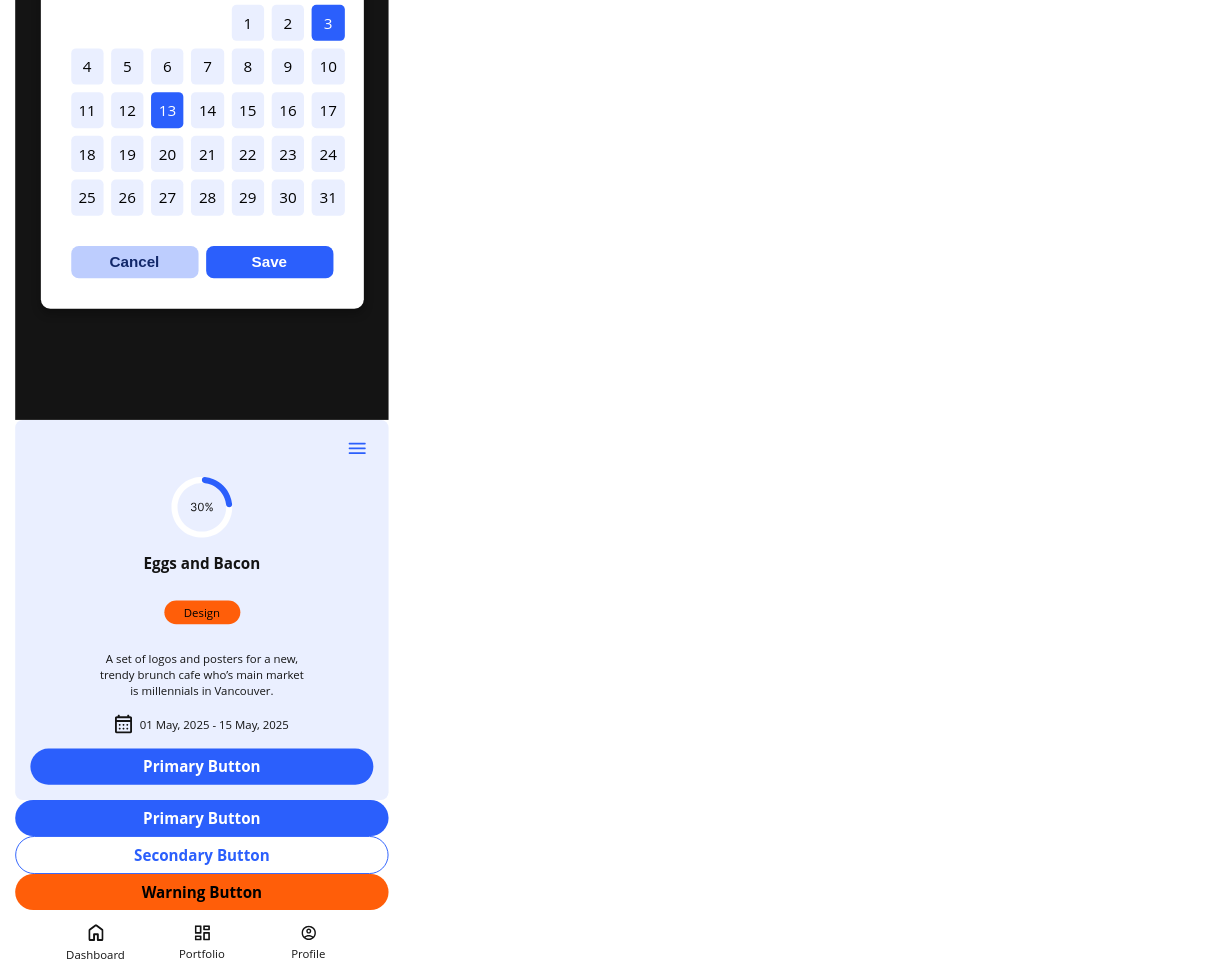
Repository: brunaguarizo/mosaic_app
Page: /
These files come from the project's save history. The page is drawn as it stood at one moment and after the next save; the edit follows.
The browser window is 1280 px wide. The pictures show the whole page, at 95% of full size.
The project was rebuilt for these pictures with package versions that can differ from the ones it lists, and the page was loaded fresh each time. The framework's server and built-in components were replaced by stand-ins that run in the browser. Also part of the build but not shown: next.config.mjs.

Above is the page before, as saved 2025-04-18 10:49:20.

After the next save:
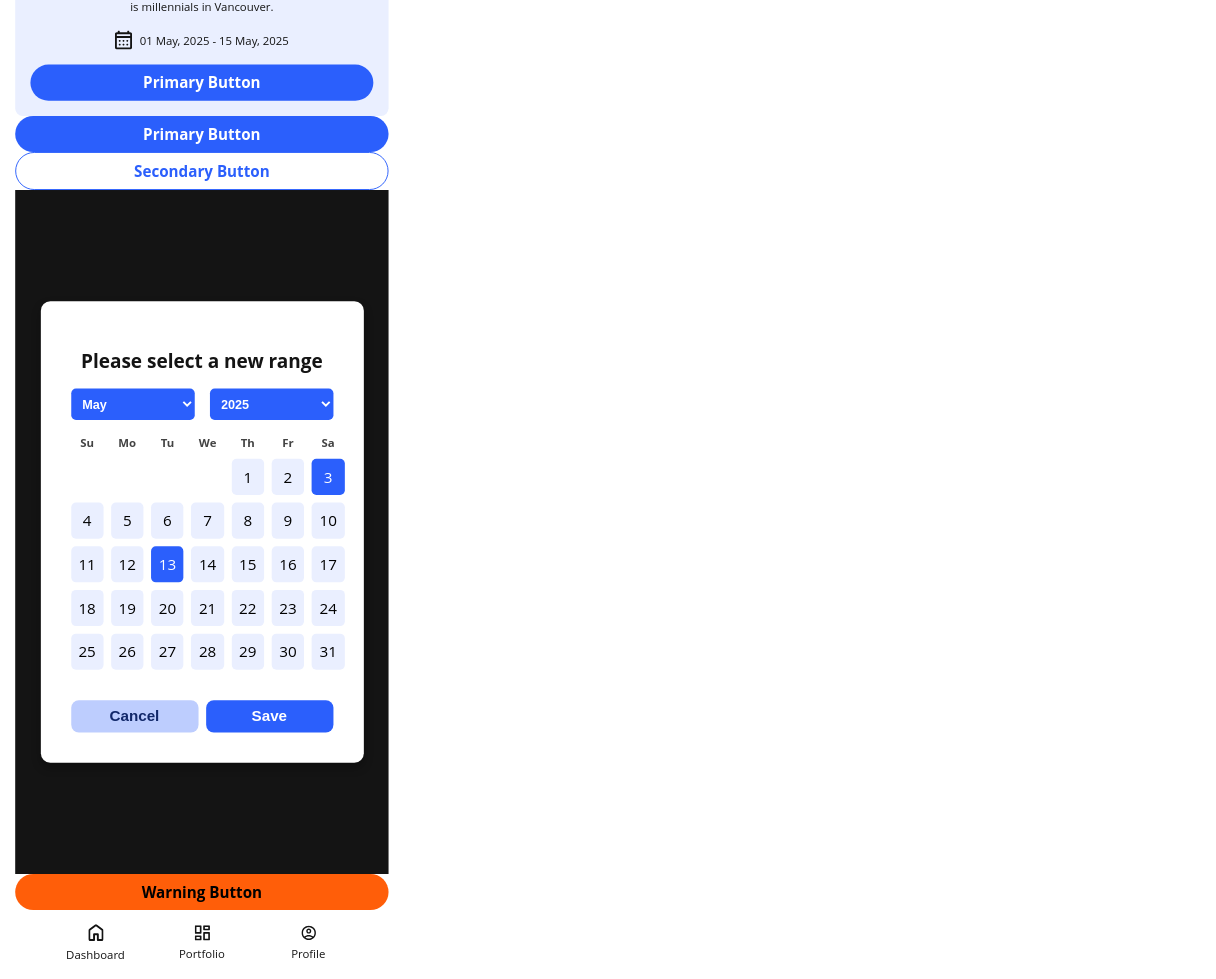
Saved 32 s later.
--- a/app/page.js
+++ b/app/page.js
@@ -6,7 +6,6 @@ import DatePicker from "./_ui/Date_PopUp/Date_PopUp";
 export default function Home() {
     return (
         <div>
-            <DatePicker />
             <ProjectCard />
 
             <Button
@@ -20,7 +19,7 @@ export default function Home() {
                 type='secondary'
                 //onClick={}
             />
-
+            <DatePicker />
             <Button
                 value='Warning Button'
                 type='warning'
